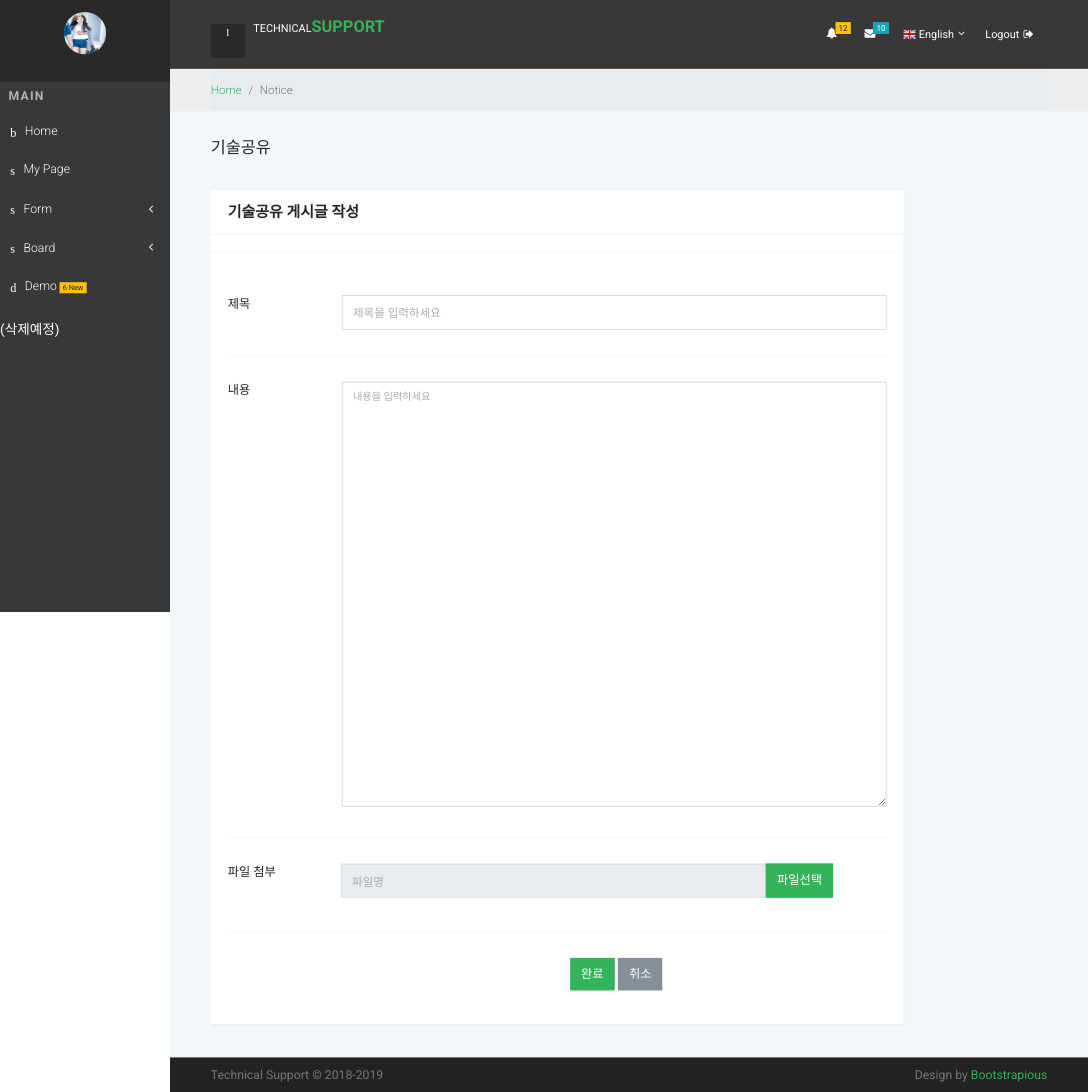
Repository: chi468/Tech_Support_Solution
Page: http://localhost/sol/views/sharing/sharingCreate.jsp
The author's editor kept a copy of each file at every save. The page is drawn from the files as they stood at one save, then again after the next save.
The browser window is 1280 px wide. The pictures show the whole page, at 85% of full size.
Some web fonts or font styles are not loaded; a fallback is used. The page is served by Tomcat 9.

Above is the page before, as saved 2018-12-04 12:18:45.

After the next save:
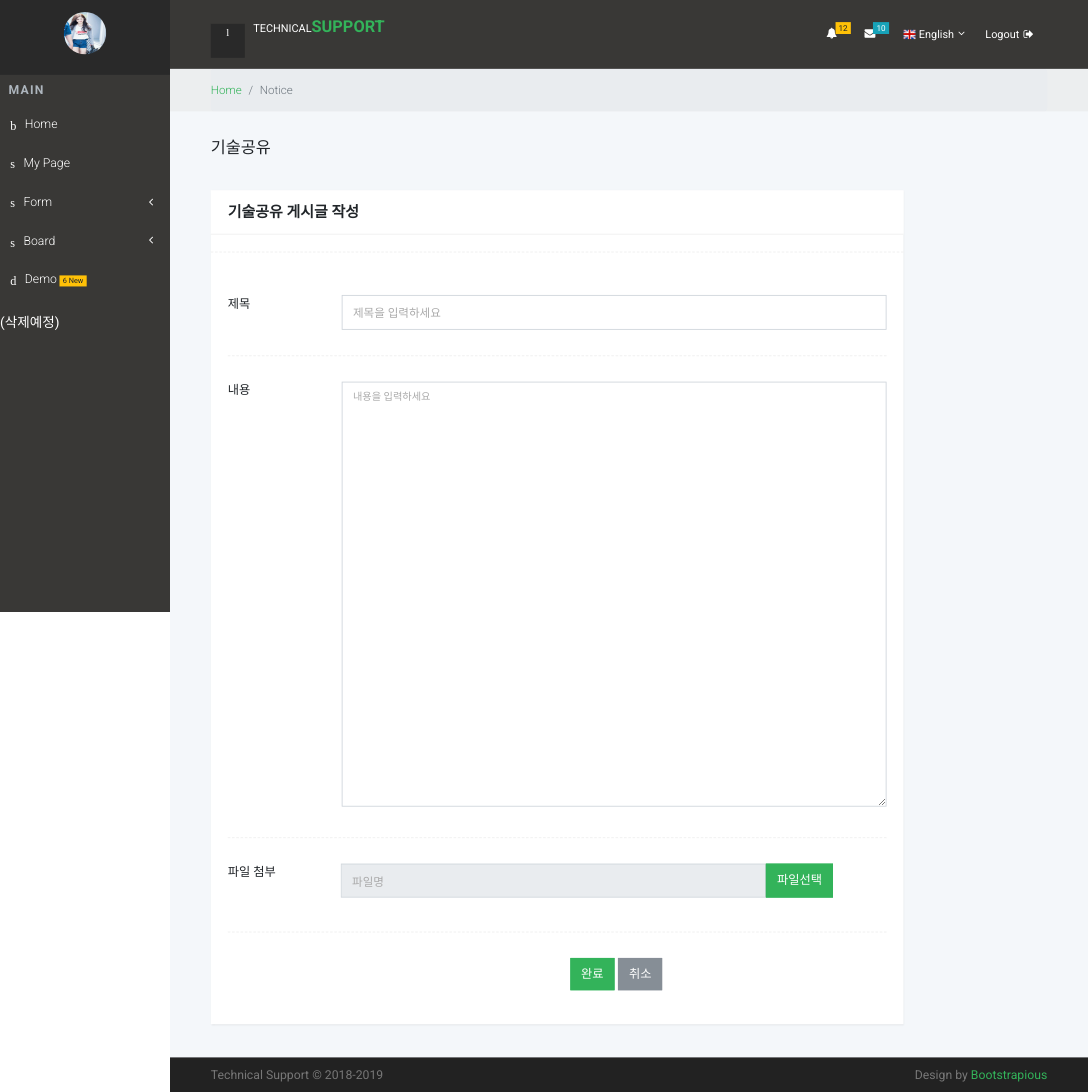
Saved 4 s later.
--- a/web_workspace_sol/sol/WebContent/layout/sideNavi.jsp
+++ b/web_workspace_sol/sol/WebContent/layout/sideNavi.jsp
@@ -16,8 +16,8 @@
         <div class="sidenav-header d-flex align-items-center justify-content-center">
           <!-- User Info-->
           <div class="sidenav-header-inner text-center"><img src="/img/photos/externalFile.jpg" alt="person" class="img-fluid rounded-circle">
+          	<h3><span>${member.company }</span></h3>
             <h2 class="h5">${member.userName}</h2><span>${member.email}</span>
-            <h3><span>${member.company }</span></h3>
           </div>
           <!-- Small Brand information, appears on minimized sidebar-->
           <div class="sidenav-header-logo"><a href="/index.html" class="brand-small text-center"> <strong>T</strong><strong class="text-primary">S</strong></a></div>
